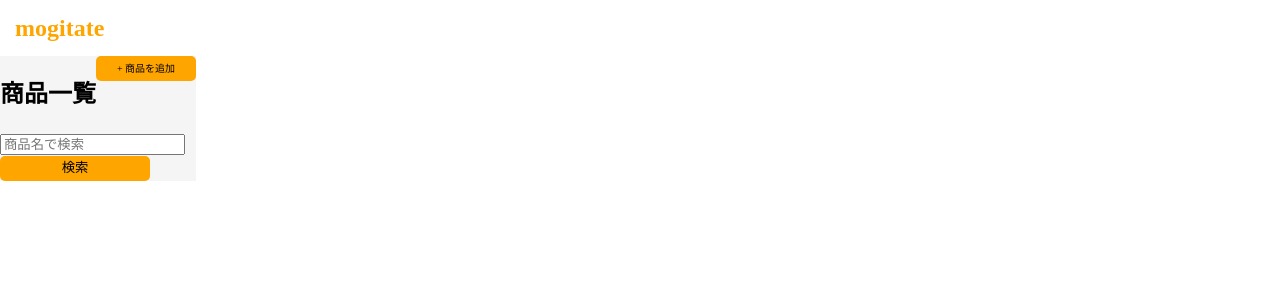
Repository: tokisiro/fruit-products
Page: http://localhost/products
An editor plug-in stored every save of this project. The page is shown before and after the next save, followed by the edit.
The browser window is 1280 px wide. The pictures show the whole page.
The page is served by the project's Laravel application, run on PHP 8.4 with Laravel 8. Other server files are loaded and not shown. Queries for data that is not in the repository find no rows.

Above is the page before, as saved 2025-05-16 20:20:02.

### src/routes/web.php
<?php

use Illuminate\Support\Facades\Route;
use App\Http\Controllers\ProductController;
/*
|--------------------------------------------------------------------------
| Web Routes
|--------------------------------------------------------------------------
|
| Here is where you can register web routes for your application. These
| routes are loaded by the RouteServiceProvider within a group which
| contains the "web" middleware group. Now create something great!
|
*/


Route::get('/products/register', [ProductController::class, 'register']);
Route::get('/products', [ProductController::class, 'products']);
Route::get('/products/update', [ProductController::class, 'index']);

Route::get('/products/{productId}', [ProductController::class, 'change'])->name('products.change');
Route::patch('/products/{productId}/update',[ProductController::class,'update']);
Route::delete('/products/{productId}/delete',[ProductController::class,'remove']);
Route::get('/register', [ProductController::class, 'add']);
Route::post('/products/register', [ProductController::class, 'create']);

### src/app/Http/Controllers/ProductController.php
<?php

namespace App\Http\Controllers;

use Illuminate\Http\Request;
use App\Models\Product;
use App\Models\Product_Season;
use App\Models\Season;
use App\Http\Requests\ProductRequest;
use Illuminate\Support\Facades\Storage;

class ProductController extends Controller
{
    public function register(){
        return view('register');
    }
    //商品一覧ページの表示
    public function products(){
        $products = Product::all();
        $pages = Product::Paginate(6);
        return view('product', compact('products', 'pages'));
    }
    //商品詳細画面表示
    public function change($productId){
        $change = Product::find($productId);
        $products = Product_Season::where('product_id', $productId)->pluck('season_id')->toArray();
        return view('index', compact('change','products'));
    }
    //更新機能
    public function update(ProductRequest $request,$productId)
    {
        $data = $request->all();
        unset($data['_token']);

        if ($request->hasFile('image')) {
            $path = $request->file('image')->store('public/products');
            $data['image'] = Storage::url($path); // 保存先パスをセット
        } else {
            unset($data['image']); // 画像がない場合は更新しない
        }

        Product::find($productId)->update($data);

        return redirect('/products');
    }
    //削除機能
    public function remove($productId)
    {
        Product::find($productId)->delete();
        return redirect('/products');
    }
    //商品追加ページ表示
    public function add(){
        return view('/register');
}
    //追加機能
    public function create(ProductRequest $request){
        $form = $request->all();
        product::create($form);
        return redirect('/products');
    }
}

### src/app/Models/product.php
<?php

namespace App\Models;

use Illuminate\Database\Eloquent\Factories\HasFactory;
use Illuminate\Database\Eloquent\Model;

class Product extends Model
{
    use HasFactory;

    protected $fillable = ['name','price','image','description'];

    public function seasons()
{
    return $this->belongsToMany(Season::class,'product_seasons','product_id','season_id');
}
}

### src/resources/views/product.blade.php
<!DOCTYPE html>
<html lang="ja">
<head>
    <meta charset="UTF-8">
    <meta http-equiv="X-UA-Compatible" content="IE=edge">
    <meta name="viewport" content="width=device-width, initial-scale=1.0">
    <title>mogitate</title>
    <link rel="stylesheet" href="css/sanitize.css">
    <link rel="stylesheet" href="css/product.css">
</head>
<body>
    <!--商品一覧-->
    <header class="header">
        <div class="header__inner">
            <a class="header__logo" href="">
                mogitate
            </a>
        </div>
    </header>
    <main>
        <div class="product">
            <div class="product__content">
                <h2 class="product__content-title">
                    商品一覧
                </h2>
                <div class="product__content-button">
                    <a class="product__content-button-item" href="/register">
                    + 商品を追加
                    </a>
                </div>
            </div>
            <div class="product__content-search">
                <form class="product__content-search--form" action="">
                    <div class="product__content-search--form-text">
                        <input class="product__content-search--form-text--item" type="text" name="name" placeholder="商品名で検索">
                    </div>
                    <div class="product__content-search--form-button">
                        <button class="product__content-search-button--item">
                        検索
                        </button>
                    </div>
                </form>
                <div class="product__content-order">
                    <!--並び替え機能を記述-->
                </div>
                @foreach ($products as $product)
                <div class="product__card">
                    <form class="product__card-form" action="/products/{{$product->id}}" method="get">
                    @csrf
                        <div class="product__card-form--img">
                            <button type="submit" style="border: none; padding: 0; background: none; cursor: pointer;">
                                <img src="{{$product->image}}" alt="" style="max-width: 200px; height: auto;">
                                <div class="product__card-form--content">
                                    <div class="product__card-form--content-name">
                                    {{$product->name}}
                                    </div>
                                    <div class="product__card-form--content-price">
                                        {{$product->price}}
                                    </div>
                                </div>
                            </button>
                        </div>
                    </form>
                </div>
            </div>
            @endforeach
            {{ $pages->links() }}
        </div>
    </main>
</body>
</html>

### src/public/css/sanitize.css
/* Document
* ========================================================================== */

/**
* Add border box sizing in all browsers (opinionated).
*/

*,
::before,
::after {
    box-sizing: border-box;
}

/**
* 1. Add text decoration inheritance in all browsers (opinionated).
* 2. Add vertical alignment inheritance in all browsers (opinionated).
*/

::before,
::after {
    vertical-align: inherit;
    /* 2 */
    text-decoration: inherit;
    /* 1 */
}

/**
* 1. Use the default cursor in all browsers (opinionated).
* 2. Change the line height in all browsers (opinionated).
* 3. Use a 4-space tab width in all browsers (opinionated).
* 4. Remove the grey highlight on links in iOS (opinionated).
* 5. Prevent adjustments of font size after orientation changes in
*    IE on Windows Phone and in iOS.
* 6. Breaks words to prevent overflow in all browsers (opinionated).
*/

html {
    word-break: break-word;
    /* 6 */
    -moz-tab-size: 4;
    /* 3 */
    tab-size: 4;
    /* 3 */
    line-height: 1.5;
    /* 2 */
    cursor: default;
    /* 1 */

    -webkit-tap-highlight-color: transparent
        /* 4 */
    ;
    -ms-text-size-adjust: 100%;
    /* 5 */
    -webkit-text-size-adjust: 100%;
    /* 5 */
}

/* Sections
* ========================================================================== */

/**
* Remove the margin in all browsers (opinionated).
*/

body {
    margin: 0;
}

/**
* Correct the font size and margin on `h1` elements within `section` and
* `article` contexts in Chrome, Edge, Firefox, and Safari.
*/

h1 {
    margin: 0.67em 0;
    font-size: 2em;
}

/* Grouping content
* ========================================================================== */

/**
* Remove the margin on nested lists in Chrome, Edge, IE, and Safari.
*/

dl dl,
dl ol,
dl ul,
ol dl,
ul dl {
    margin: 0;
}

/**
* Remove the margin on nested lists in Edge 18- and IE.
*/

ol ol,
ol ul,
ul ol,
ul ul {
    margin: 0;
}

/**
* 1. Add the correct sizing in Firefox.
* 2. Show the overflow in Edge 18- and IE.
*/

hr {
    overflow: visible;
    /* 2 */
    height: 0;
    /* 1 */
}

/**
* Add the correct display in IE.
*/

main {
    display: block;
}

/**
* Remove the list style on navigation lists in all browsers (opinionated).
*/

nav ol,
nav ul {
    padding: 0;
    list-style: none;
}

/**
* 1. Correct the inheritance and scaling of font size in all browsers.
* 2. Correct the odd `em` font sizing in all browsers.
*/

pre {
    font-size: 1em;
    /* 2 */
    font-family: monospace, monospace;
    /* 1 */
}

/* Text-level semantics
* ========================================================================== */

/**
* Remove the gray background on active links in IE 10.
*/

a {
    background-color: transparent;
}

/**
* Add the correct text decoration in Edge 18-, IE, and Safari.
*/

abbr[title] {
    text-decoration: underline;
    text-decoration: underline dotted;
}

/**
* Add the correct font weight in Chrome, Edge, and Safari.
*/

b,
strong {
    font-weight: bolder;
}

/**
* 1. Correct the inheritance and scaling of font size in all browsers.
* 2. Correct the odd `em` font sizing in all browsers.
*/

code,
kbd,
samp {
    font-size: 1em;
    /* 2 */
    font-family: monospace, monospace;
    /* 1 */
}

/**
* Add the correct font size in all browsers.
*/

small {
    font-size: 80%;
}

/* Embedded content
* ========================================================================== */

/*
* Change the alignment on media elements in all browsers (opinionated).
*/

audio,
canvas,
iframe,
img,
svg,
video {
    vertical-align: middle;
}

/**
* Add the correct display in IE 9-.
*/

audio,
video {
    display: inline-block;
}

/**
* Add the correct display in iOS 4-7.
*/

audio:not([controls]) {
    display: none;
    height: 0;
}

/**
* Remove the border on iframes in all browsers (opinionated).
*/

iframe {
    border-style: none;
}

/**
* Remove the border on images within links in IE 10-.
*/

img {
    border-style: none;
}

/**
* Change the fill color to match the text color in all browsers (opinionated).
*/

svg:not([fill]) {
    fill: currentColor;
}

/**
* Hide the overflow in IE.
*/

svg:not(:root) {
    overflow: hidden;
}

/* Tabular data
* ========================================================================== */

/**
* Collapse border spacing in all browsers (opinionated).
*/

table {
    border-collapse: collapse;
}

/* Forms
* ========================================================================== */

/**
* Remove the margin on controls in Safari.
*/

button,
input,
select {
    margin: 0;
}

/**
* 1. Show the overflow in IE.
* 2. Remove the inheritance of text transform in Edge 18-, Firefox, and IE.
*/

button {
    overflow: visible;
    /* 1 */
    text-transform: none;
    /* 2 */
}

/**
* Correct the inability to style buttons in iOS and Safari.
*/

button,
[type="button"],
[type="reset"],
[type="submit"] {
    -webkit-appearance: button;
}

/**
* 1. Change the inconsistent appearance in all browsers (opinionated).
* 2. Correct the padding in Firefox.
*/

fieldset {
    padding: 0.35em 0.75em 0.625em;
    /* 2 */
    border: 1px solid #a0a0a0;
    /* 1 */
}

/**
* Show the overflow in Edge 18- and IE.
*/

input {
    overflow: visible;
}

/**
* 1. Correct the text wrapping in Edge 18- and IE.
* 2. Correct the color inheritance from `fieldset` elements in IE.
*/

legend {
    display: table;
    /* 1 */
    max-width: 100%;
    /* 1 */
    color: inherit;
    /* 2 */
    white-space: normal;
    /* 1 */
}

/**
* 1. Add the correct display in Edge 18- and IE.
* 2. Add the correct vertical alignment in Chrome, Edge, and Firefox.
*/

progress {
    display: inline-block;
    /* 1 */
    vertical-align: baseline;
    /* 2 */
}

/**
* Remove the inheritance of text transform in Firefox.
*/

select {
    text-transform: none;
}

/**
* 1. Remove the margin in Firefox and Safari.
* 2. Remove the default vertical scrollbar in IE.
* 3. Change the resize direction in all browsers (opinionated).
*/

textarea {
    overflow: auto;
    /* 2 */
    margin: 0;
    /* 1 */
    resize: vertical;
    /* 3 */
}

/**
* Remove the padding in IE 10-.
*/

[type="checkbox"],
[type="radio"] {
    padding: 0;
}

/**
* 1. Correct the odd appearance in Chrome, Edge, and Safari.
* 2. Correct the outline style in Safari.
*/

[type="search"] {
    outline-offset: -2px;
    /* 2 */

    -webkit-appearance: textfield;
    /* 1 */
}

/**
* Correct the cursor style of increment and decrement buttons in Safari.
*/

::-webkit-inner-spin-button,
::-webkit-outer-spin-button {
    height: auto;
}

/**
* Correct the text style of placeholders in Chrome, Edge, and Safari.
*/

::-webkit-input-placeholder {
    color: inherit;
    opacity: 0.54;
}

/**
* Remove the inner padding in Chrome, Edge, and Safari on macOS.
*/

::-webkit-search-decoration {
    -webkit-appearance: none;
}

/**
* 1. Correct the inability to style upload buttons in iOS and Safari.
* 2. Change font properties to `inherit` in Safari.
*/

::-webkit-file-upload-button {
    font: inherit;
    /* 2 */

    -webkit-appearance: button;
    /* 1 */
}

/**
* Remove the inner border and padding of focus outlines in Firefox.
*/

::-moz-focus-inner {
    padding: 0;
    border-style: none;
}

/**
* Restore the focus outline styles unset by the previous rule in Firefox.
*/

:-moz-focusring {
    outline: 1px dotted ButtonText;
}

/**
* Remove the additional :invalid styles in Firefox.
*/

:-moz-ui-invalid {
    box-shadow: none;
}

/* Interactive
* ========================================================================== */

/*
* Add the correct display in Edge 18- and IE.
*/

details {
    display: block;
}

/*
* Add the correct styles in Edge 18-, IE, and Safari.
*/

dialog {
    position: absolute;
    right: 0;
    left: 0;
    display: block;
    margin: auto;
    padding: 1em;
    width: -moz-fit-content;
    width: -webkit-fit-content;
    width: fit-content;
    height: -moz-fit-content;
    height: -webkit-fit-content;
    height: fit-content;
    border: solid;
    background-color: white;
    color: black;
}

dialog:not([open]) {
    display: none;
}

/*
* Add the correct display in all browsers.
*/

summary {
    display: list-item;
}

/* Scripting
* ========================================================================== */

/**
* Add the correct display in IE 9-.
*/

canvas {
    display: inline-block;
}

/**
* Add the correct display in IE.
*/

template {
    display: none;
}

/* User interaction
* ========================================================================== */

/*
* 1. Remove the tapping delay in IE 10.
* 2. Remove the tapping delay on clickable elements
in all browsers (opinionated).
*/

a,
area,
button,
input,
label,
select,
summary,
textarea,
[tabindex] {
    -ms-touch-action: manipulation;
    /* 1 */
    touch-action: manipulation;
    /* 2 */
}

/**
* Add the correct display in IE 10-.
*/

[hidden] {
    display: none;
}

/* Accessibility
* ========================================================================== */

/**
* Change the cursor on busy elements in all browsers (opinionated).
*/

[aria-busy="true"] {
    cursor: progress;
}

/*
* Change the cursor on control elements in all browsers (opinionated).
*/

[aria-controls] {
    cursor: pointer;
}

/*
* Change the cursor on disabled, not-editable, or otherwise
* inoperable elements in all browsers (opinionated).
*/

[aria-disabled="true"],
[disabled] {
    cursor: not-allowed;
}

/*
* Change the display on visually hidden accessible elements
* in all browsers (opinionated).
*/

[aria-hidden="false"][hidden] {
    display: initial;
}

[aria-hidden="false"][hidden]:not(:focus) {
    position: absolute;
    clip: rect(0, 0, 0, 0);
}

### src/public/css/product.css
.header {
    background: white;
}

.header__inner {
    margin: 0 auto;
    padding: 10px 15px;
    width: 100%;
}

.header__logo {
    color: orange;
    text-decoration: none;
    font-weight: bold;
    font-size: 24px;
    font-family: cursive;
    }


.product{
    max-width: 100%;
    position: absolute;
    background-color: whitesmoke;

}

.product__content{
    display: flex;
    justify-content:space-between;
}
.product__content-button{
    background-color: orange;
    height: 25px;
    width: 100px;
    display: flex;
    justify-content: center;
    border-radius: 5px;
}
.product__content-button-item{
    color: black;
    text-decoration: none;
    font-size: 10px;
    padding: 5px;
}

.product__content-search-text--item{
    border-radius: 15px;
    height: 30px;
    position: relative;
    left: 10px;
    border: none;
    background-color: white;
}

.product__content-search-button{
    position: relative;
    top: 10px;
    left: 10px;
}

.product__content-search-button--item{
    background-color: orange;
        height: 25px;
        width: 150px;
        display: flex;
        justify-content: center;
        border-radius: 5px;
        border: none;
}



.product__card {
    width: 200px;
    margin: 100px auto 0;
    box-shadow: 0px 3px 10px rgba(0, 0, 0, 0.2);
    display: inline-block;
        /* 必要に応じて折返しも許容 */
    gap: 10px;
}

.product__card-form--img img{
    width: 100%;
    flex: 1 1 calc(25% - 10px);
        /* 4列表示、調整可能 */
    box-sizing: border-box;
    text-decoration: none;
}

.product__card-form--content {
    padding: 15px 25px;
}

.product__card-form--content-name {
    font-size: 12px;
    display: inline-block;
}

.product__card-form--content-price {
    font-size: 12px;
    display: inline-block;
}

svg.w-5.h-5 {
    /*paginateメソッドの矢印の大きさ調整のために追加*/
    width: 30px;
    height: 30px;
}

Loaded but not shown: src/app/Http/Controllers/Controller.php (common file)

After the next save:
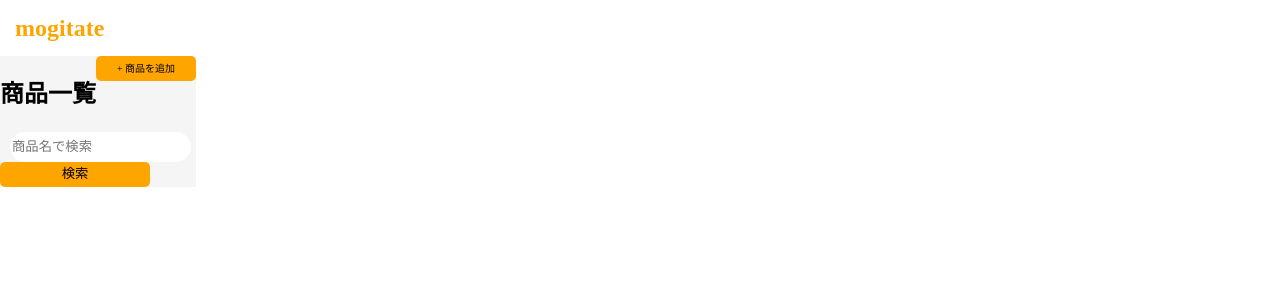
Saved 28 s later.
--- a/src/public/css/product.css
+++ b/src/public/css/product.css
@@ -43,7 +43,7 @@
     padding: 5px;
 }
 
-.product__content-search-text--item{
+.product__content-search--form-text--item{
     border-radius: 15px;
     height: 30px;
     position: relative;
